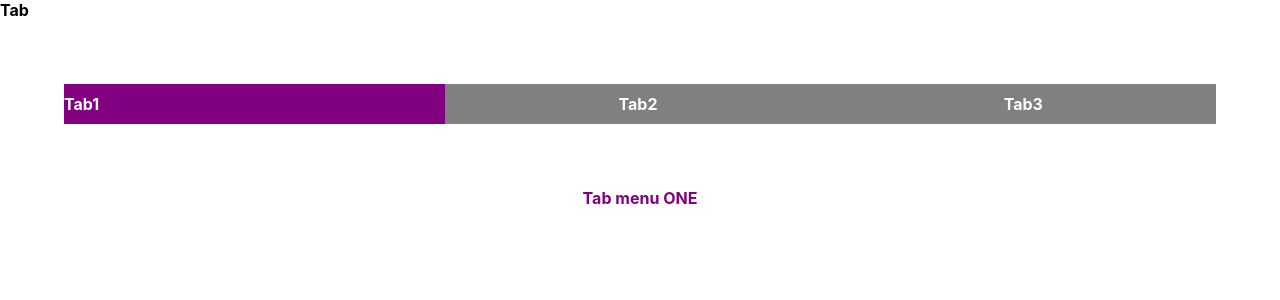
Repository: janghwahyun/wanted_pre_onboarding
Page: /Tab
An editor plug-in stored every save of this project. The page is shown before and after the next save, followed by the edit.
The browser window is 1280 px wide. The pictures show the whole page.
The project was rebuilt for these pictures with package versions that can differ from the ones it lists, and the page was loaded fresh each time. Also part of the build but not shown: src/component/ClickToEdit.js, src/component/Modal.js, src/component/Tag.js, src/component/Toggle.js.

Above is the page before, as saved 2022-02-11 15:15:16.

After the next save:
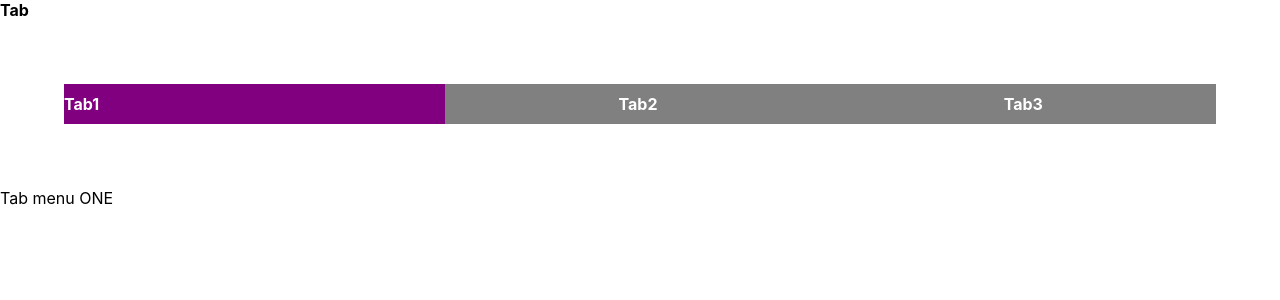
Saved 3 min 5 s later.
--- a/src/component/Tab.js
+++ b/src/component/Tab.js
@@ -26,9 +26,9 @@ const Tab = () => {
             );
           })}
         </TabMenu>
-        <View>
+        <valueView>
           <p>{tapArr[isTab].value}</p>
-        </View>
+        </valueView>
       </div>
     </>
   );
@@ -64,7 +64,7 @@ const TabMenu = styled.li`
   }
 `;
 
-const View = styled.div`
+const valueView = styled.div`
   color: purple;
   font-weight: bold;
   text-align: center;
